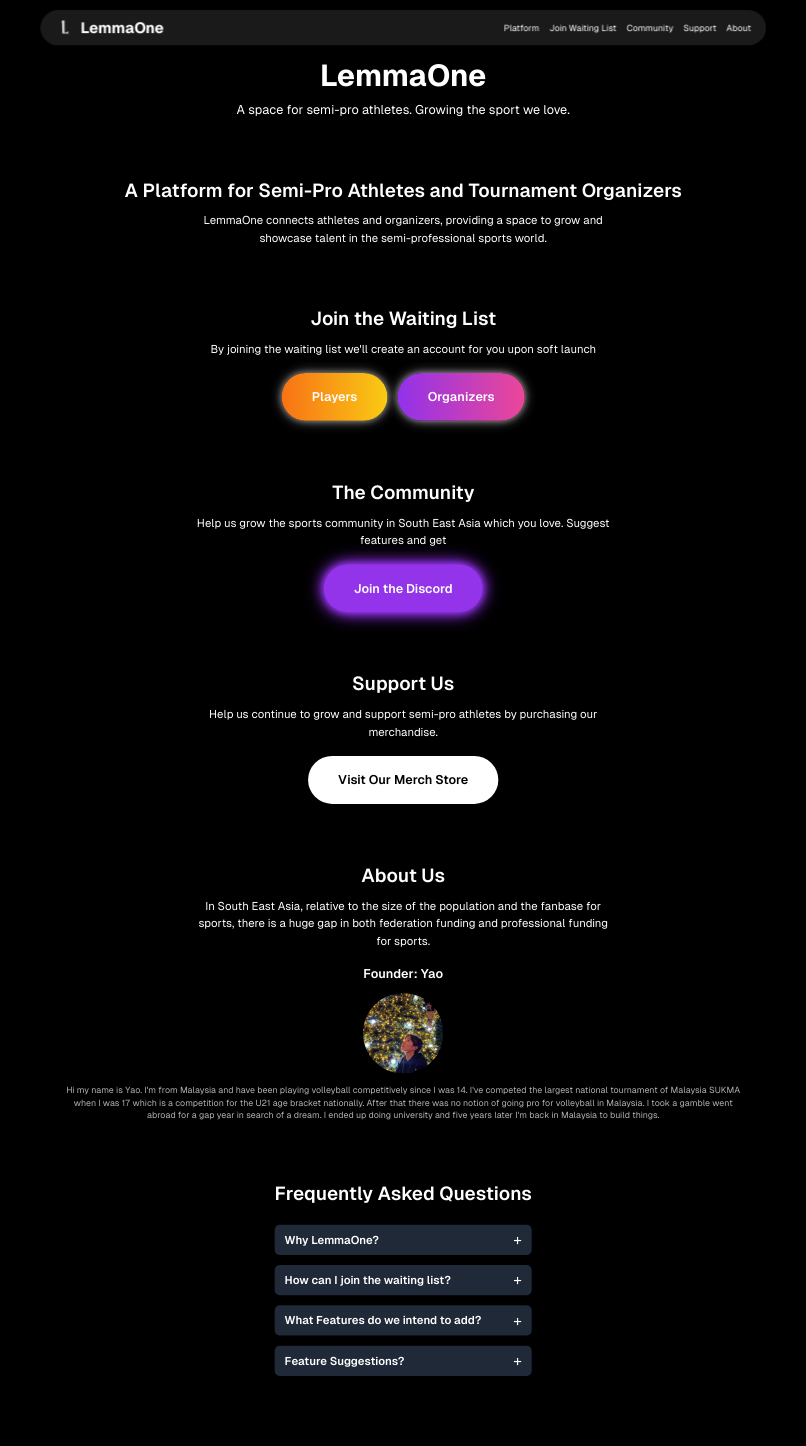
Repository: yao-creative/lemma-one-launch
Page: /
An editor plug-in stored every save of this project. The page is shown before and after a run of saves, followed by the edit.
The browser window is 1280 px wide. The pictures show the whole page, at 63% of full size.
The project was rebuilt for these pictures with package versions that can differ from the ones it lists, and the page was loaded fresh each time. The framework's server and built-in components were replaced by stand-ins that run in the browser. Also part of the build but not shown: next.config.js, next.config.mjs.

Above is the page before, as saved 2024-09-26 04:17:45.

After the next 5 saves:
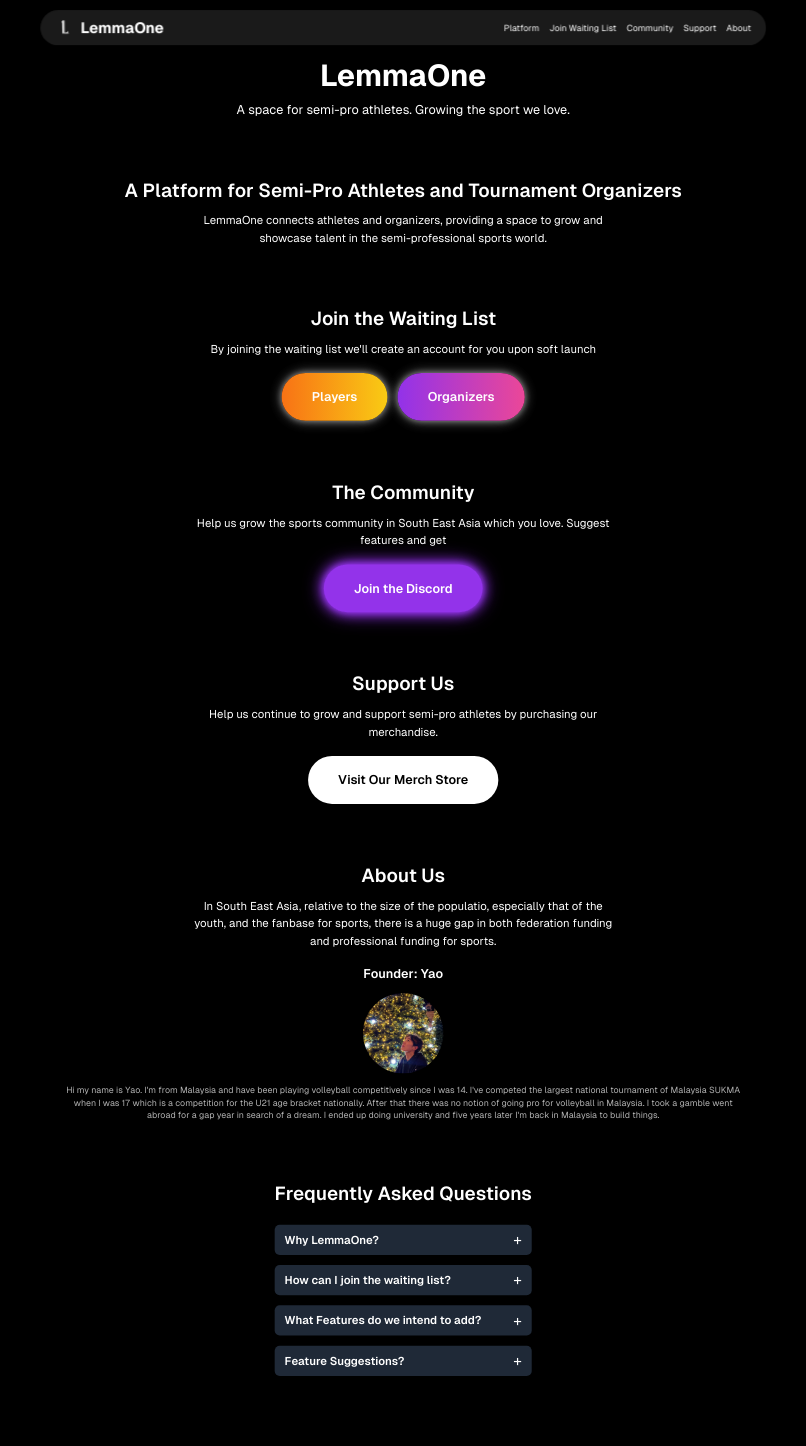
The 5 saves are shown as one change because they came seconds apart.
The last was saved 20 s later.
--- a/app/page.tsx
+++ b/app/page.tsx
@@ -125,7 +125,7 @@ export default function Home() {
         <section ref={aboutRef} className="text-center flex flex-col items-center">
           <h3 className="text-2xl md:text-3xl font-semibold font-nike mb-4">About Us</h3>
           <p className="text-base md:text-lg max-w-2xl">
-          In South East Asia, relative to the size of the population and the fanbase for sports, there is a huge gap in both federation funding and professional funding for sports.
+          In South East Asia, relative to the size of the populatio, especially that of the youth, and the fanbase for sports, there is a huge gap in both federation funding and professional funding for sports.
           </p>
           <div className="mt-6">
             <h3 className="text-xl font-semibold mb-4">Founder: Yao</h3>
